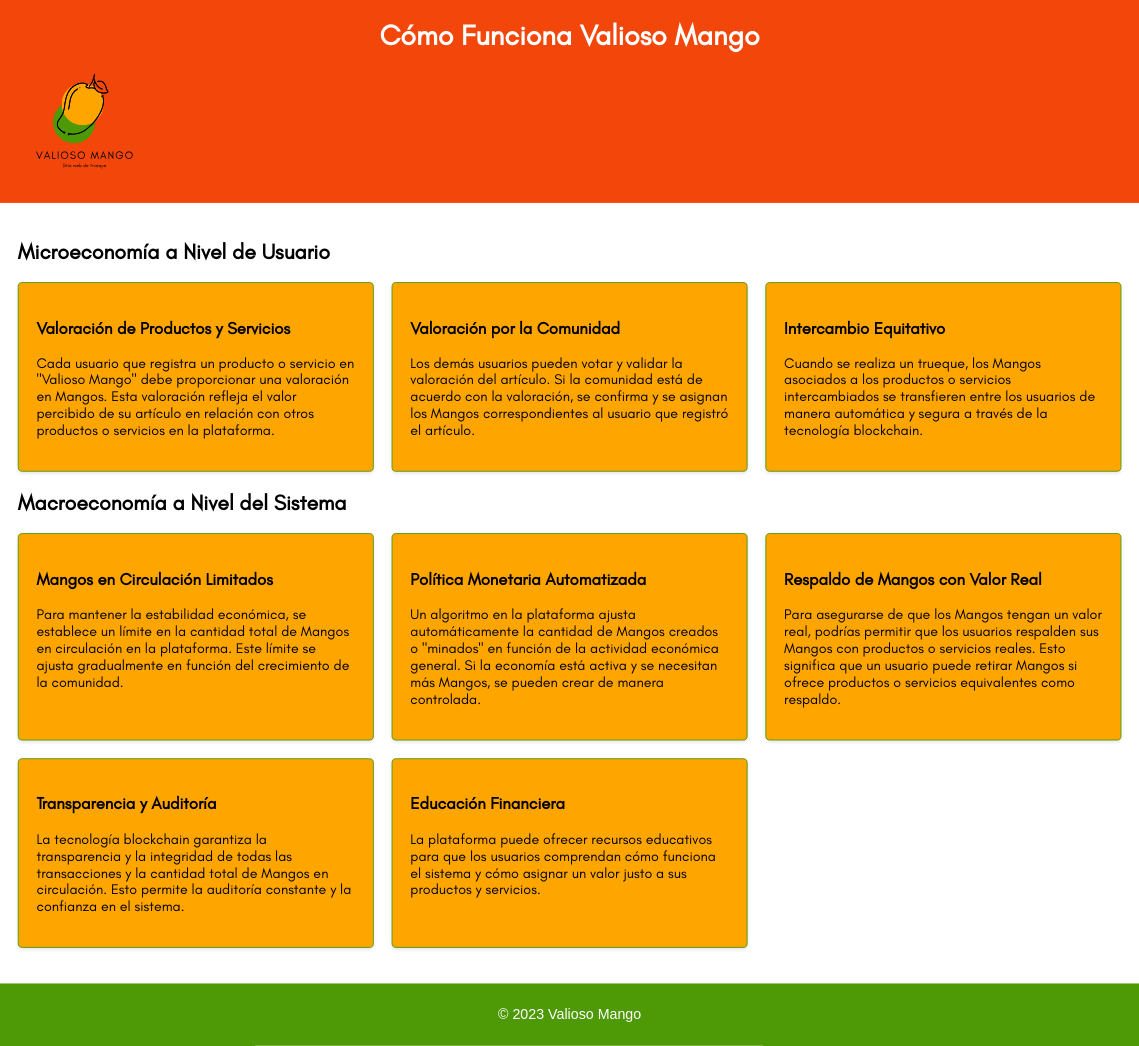
Repository: elba2612/comision23533_grupo20
Page: Pages/ComoFunciona.html
An editor plug-in stored every save of this project. The page is shown before and after a run of saves, followed by the edit.
The browser window is 1280 px wide. The pictures show the whole page, at 89% of full size.

Above is the page before, as saved 2023-10-20 12:07:48.

### Pages/ComoFunciona.html
<!DOCTYPE html>
<html lang="es">
<head>
    <meta charset="UTF-8">
    <meta name="viewport" content="width=device-width, initial-scale=1.0">
    <link rel="stylesheet" href="../Estilos/estiloMango.css">
    <title>Cómo Funciona Valioso Mango</title>
</head>
<body>
    <header>
        <h1 class="Glacial">Cómo Funciona Valioso Mango</h1>
        <div class="logo">
            <a href="../index.html">
                <img src="../Sources/LogoMango.svg" class="logo" alt="Logo Mango">
            </a>
        </div>
    </header>
    <main>
        <div class="Glacial">
        <section class="microeconomia">
            <h2>Microeconomía a Nivel de Usuario</h2>
            <div class="grid-container">
                <div class="item">
                    <h3>Valoración de Productos y Servicios</h3>
                    <p>Cada usuario que registra un producto o servicio en "Valioso Mango" debe proporcionar una valoración en Mangos. Esta valoración refleja el valor percibido de su artículo en relación con otros productos o servicios en la plataforma.</p>
                </div>
                <div class="item">
                    <h3>Valoración por la Comunidad</h3>
                    <p>Los demás usuarios pueden votar y validar la valoración del artículo. Si la comunidad está de acuerdo con la valoración, se confirma y se asignan los Mangos correspondientes al usuario que registró el artículo.</p>
                </div>
                <div class="item">
                    <h3>Intercambio Equitativo</h3>
                    <p>Cuando se realiza un trueque, los Mangos asociados a los productos o servicios intercambiados se transfieren entre los usuarios de manera automática y segura a través de la tecnología blockchain.</p>
                </div>
            </div>
        </section>
        <section class="macroeconomia">
            <h2>Macroeconomía a Nivel del Sistema</h2>
            <div class="grid-container">
                <div class="item">
                    <h3>Mangos en Circulación Limitados</h3>
                    <p>Para mantener la estabilidad económica, se establece un límite en la cantidad total de Mangos en circulación en la plataforma. Este límite se ajusta gradualmente en función del crecimiento de la comunidad.</p>
                </div>
                <div class="item">
                    <h3>Política Monetaria Automatizada</h3>
                    <p>Un algoritmo en la plataforma ajusta automáticamente la cantidad de Mangos creados o "minados" en función de la actividad económica general. Si la economía está activa y se necesitan más Mangos, se pueden crear de manera controlada.</p>
                </div>
                <div class="item">
                    <h3>Respaldo de Mangos con Valor Real</h3>
                    <p>Para asegurarse de que los Mangos tengan un valor real, podrías permitir que los usuarios respalden sus Mangos con productos o servicios reales. Esto significa que un usuario puede retirar Mangos si ofrece productos o servicios equivalentes como respaldo.</p>
                </div>
                <div class="item">
                    <h3>Transparencia y Auditoría</h3>
                    <p>La tecnología blockchain garantiza la transparencia y la integridad de todas las transacciones y la cantidad total de Mangos en circulación. Esto permite la auditoría constante y la confianza en el sistema.</p>
                </div>
                <div class="item">
                    <h3>Educación Financiera</h3>
                    <p>La plataforma puede ofrecer recursos educativos para que los usuarios comprendan cómo funciona el sistema y cómo asignar un valor justo a sus productos y servicios.</p>
                </div>
            </div>
        </section>
        </div>
    </main>
    <footer>
        <p>&copy; 2023 Valioso Mango</p>
    </footer>
</body>
</html>

### Estilos/estiloMango.css
body {
    font-family: Arial, sans-serif;
    margin: 0;
    padding: 0;
}

header {
    background-color: #F2460B;
    color: white;
    text-align: center;
    padding: 20px;
}

h1 {
    margin: 0;
}

main {
    padding: 20px;
}

section {
    margin-bottom: 20px;
}

@font-face {
    font-family: "Glacial Indifference";
    src: url("../Sources/GlacialIndifference-Regular.otf");
}

.Glacial {
    font-family: "Glacial Indifference";

}
.logo {
    width: 150px;
    height: 150px;
    margin-left: 0;
}
.grid-container {
    display: grid;
    grid-template-columns: repeat(auto-fit,
    minmax(300px, 1fr));
    grid-gap: 20px;
}

.item {
    background-color: #FEA500;
    padding: 20px;
    border: 1px solid #4D9906;
    border-radius: 5px;
    box-shadow: 0 2px 4px rgba(0, 0, 0, 0.1);
}

/* Estilos para dispositivos móviles */
@media (max-width: 767px) {
    .grid-container {
        grid-template-columns: 1fr;
    }
}

/* Pie de página */
footer {
    background-color: #4D9906;
    color: white;
    text-align: center;
    padding: 10px;
}

After the next 2 saves:
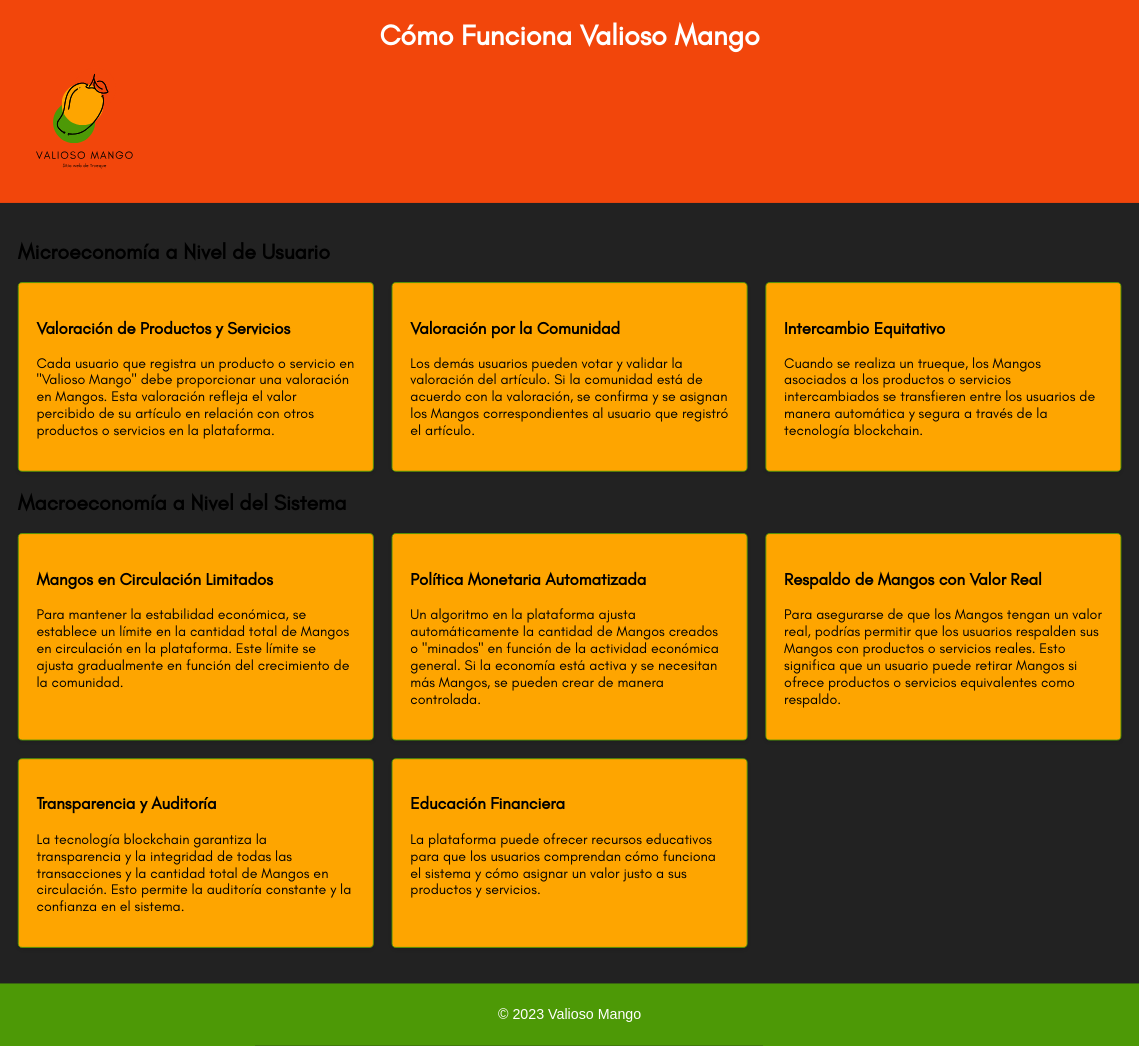
The 2 saves are shown as one change because they came seconds apart.
The last was saved 74 s later.
--- a/Estilos/estiloMango.css
+++ b/Estilos/estiloMango.css
@@ -2,6 +2,7 @@
     font-family: Arial, sans-serif;
     margin: 0;
     padding: 0;
+    background-color: #222;
 }
 
 header {
